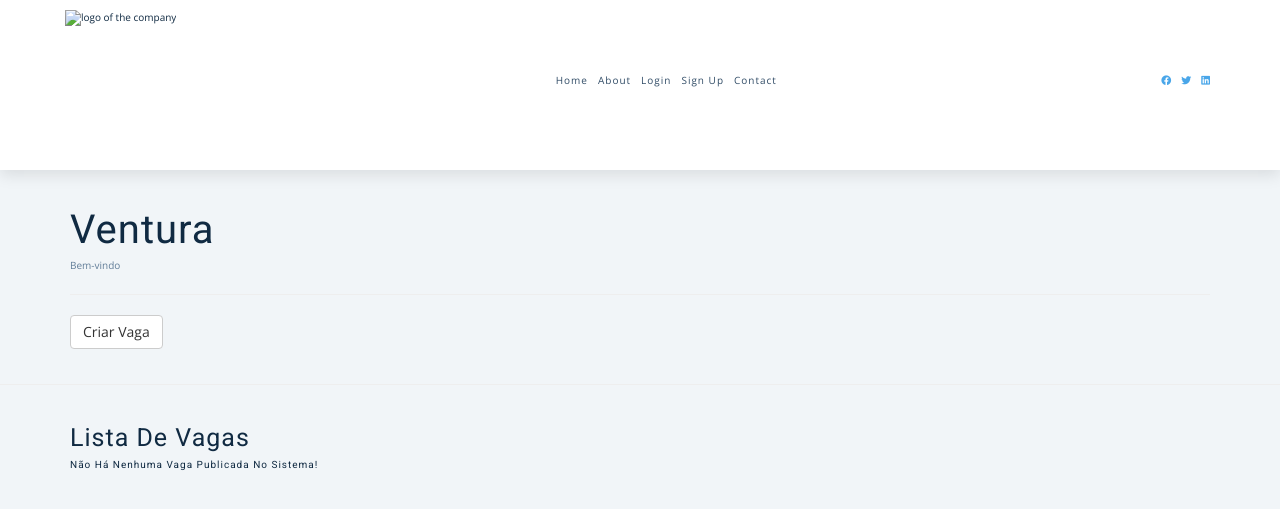
Repository: nmparfait/HumanResources-Ventura
Page: http://localhost/venturaWeb/WEB-INF/jsp/empresa/home.jsp
The author's editor kept a copy of each file at every save. The page is drawn from the files as they stood at one save, then again after a run of saves.
The browser window is 1280 px wide. The pictures show the whole page.
Some web libraries are served in a nearby version. The page is served by Tomcat 9. Nobody is signed in. The template is opened directly, without the code that normally fills it, so the values that code supplies are empty.

Above is the page before, as saved 2021-09-27 09:49:52.
Not found: venturaWeb/venturaWeb/WEB-INF/jsp/empresa/img/logo-ventura.png

After the next 2 saves:
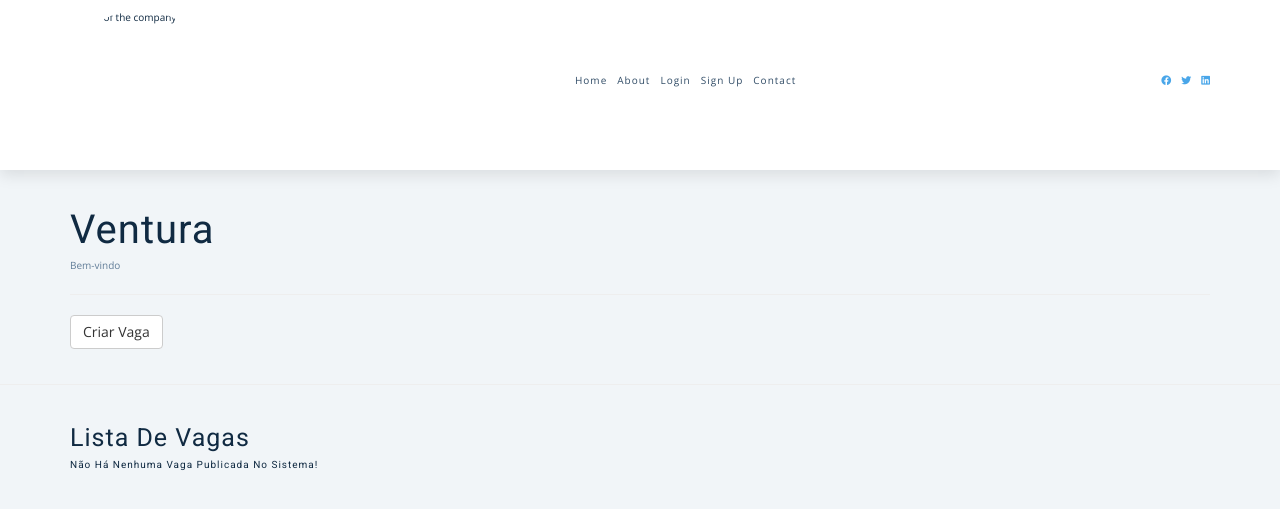
The 2 saves are shown as one change because they came seconds apart.
The last was saved 35 s later.
--- a/venturaWeb/src/main/webapp/css/styles.css
+++ b/venturaWeb/src/main/webapp/css/styles.css
@@ -195,6 +195,8 @@ nav {
 }
 .logo {
   height: 150px;
+  width: 150px;
+  border-radius: 50%;
 }
 .links a {
   color: var(--clr-grey-3);
